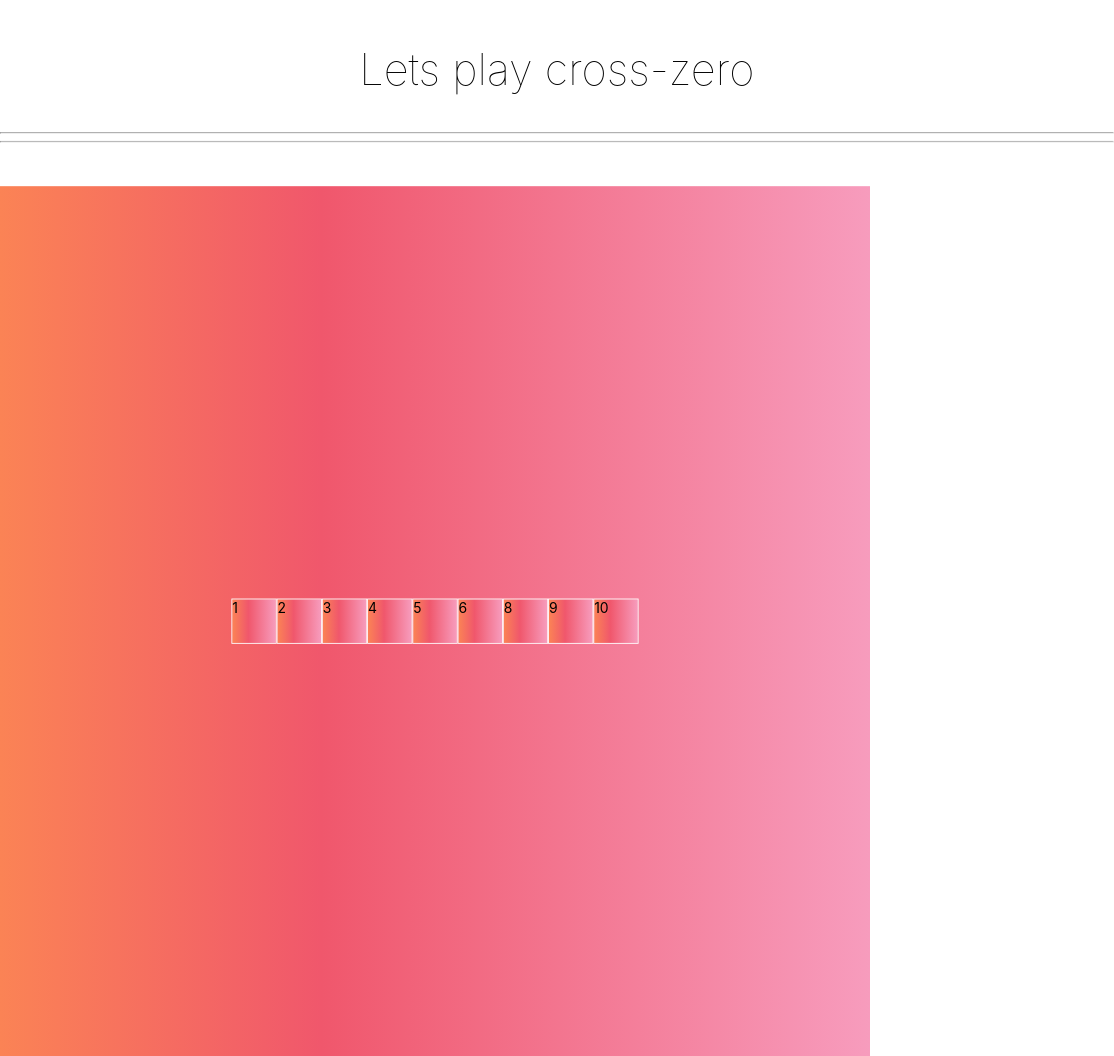
Repository: PGVlasov/cross-zero-game
Page: /
These files come from the project's save history. The page is drawn as it stood at one moment and after the next save; the edit follows.
The browser window is 1280 px wide. The pictures show the whole page, at 87% of full size.
The project was rebuilt for these pictures with package versions that can differ from the ones it lists, and the page was loaded fresh each time. Also part of the build but not shown: webpack.config.js, src/Containers/Field/Field.module.css, src/Containers/Field/Field.js.

Above is the page before, as saved 2020-11-27 14:59:00.

### src/App.js
import Field from "./Containers/Field/Field";
import Field1 from "./Containers/Field/Field1";
import { Header } from "./Containers/Header/Header";

function App() {
  return (
    <div>
      <Header />
      <hr />
      <hr />
      <Field1 />
    </div>
  );
}

export default App;

### src/Containers/Field/Field1.js
import { render } from "@testing-library/react";
import React from "react";
import classes from "./Field1.module.css";

class Field1 extends React.Component {
  constructor(props) {
    super(props);
    this.state = {};

    // Привязка необходима, чтобы сделать this доступным в коллбэке
    this.onSetCross = this.onSetCross.bind(this);
    this.onSetZero = this.onSetZero.bind(this);
  }

  onSetCross() {}

  onSetZero() {}

  render() {
    return (
      <div className={classes.Field1}>
        <div className={classes.table}>1</div>
        <div className={classes.table}>2</div>
        <div className={classes.table}>3</div>
        <div className={classes.table}>4</div>
        <div className={classes.table}>5</div>
        <div className={classes.table}>6</div>
        <div className={classes.table}>8</div>
        <div className={classes.table}>9</div>
        <div className={classes.table}>10</div>
      </div>
    );
  }
}

export default Field1;

### src/Containers/Header/Header.js
import classes from "./Header.module.css";
import React from "react";

export const Header = () => {
  return (
    <div>
      <h2 className={classes.Header}>Lets play cross-zero</h2>
    </div>
  );
};

### src/Containers/Field/Field1.module.css
.Field1 {
  width: 1000px;
  height: 1000px;
  max-width: 1000px;
  display: flex;
  justify-content: center;
  margin-top: 50px;
  font-size: 500;
  background: linear-gradient(90deg, #fb8355 0%, #f0576c 37%, #f79cbd 100%);
  align-items: center;
  flex-wrap: wrap;
}

.table {
  width: 50px;
  height: 50px;
  font-size: 500;
  border: white 1px solid;
  background: linear-gradient(90deg, #fb8355 0%, #f0576c 37%, #f79cbd 100%);
}

### src/Containers/Header/Header.module.css
.Header {
  display: flex;
  justify-content: center;
  margin-top: 50px;
  font-size: 50px;
  font-weight: 100;
}

Loaded but not shown: public/index.html (common file); src/index.js (common file); src/index.css (common file); src/reportWebVitals.js (common file)

After the next save:
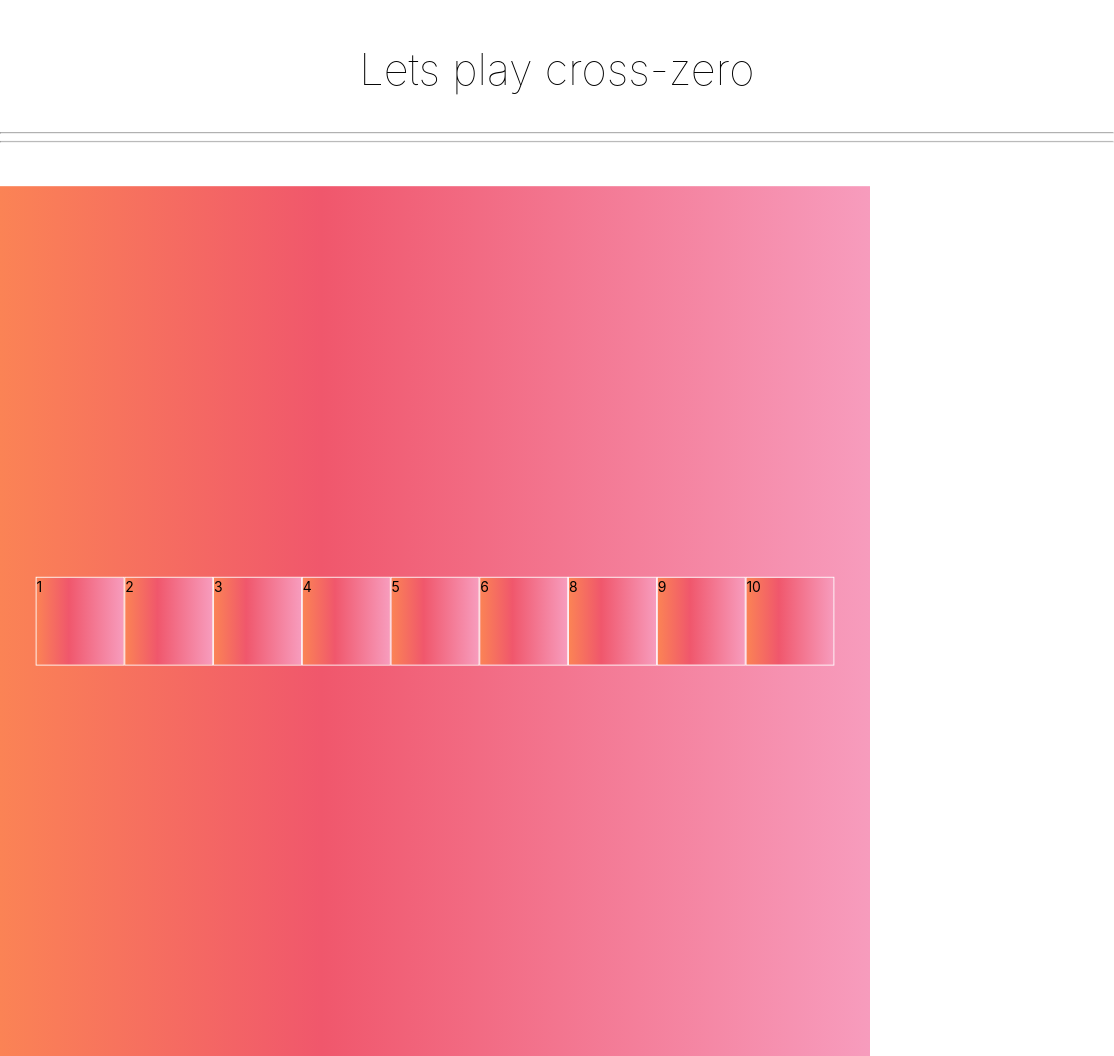
Saved 28 s later.
--- a/src/Containers/Field/Field1.module.css
+++ b/src/Containers/Field/Field1.module.css
@@ -12,8 +12,8 @@
 }
 
 .table {
-  width: 50px;
-  height: 50px;
+  width: 100px;
+  height: 100px;
   font-size: 500;
   border: white 1px solid;
   background: linear-gradient(90deg, #fb8355 0%, #f0576c 37%, #f79cbd 100%);
